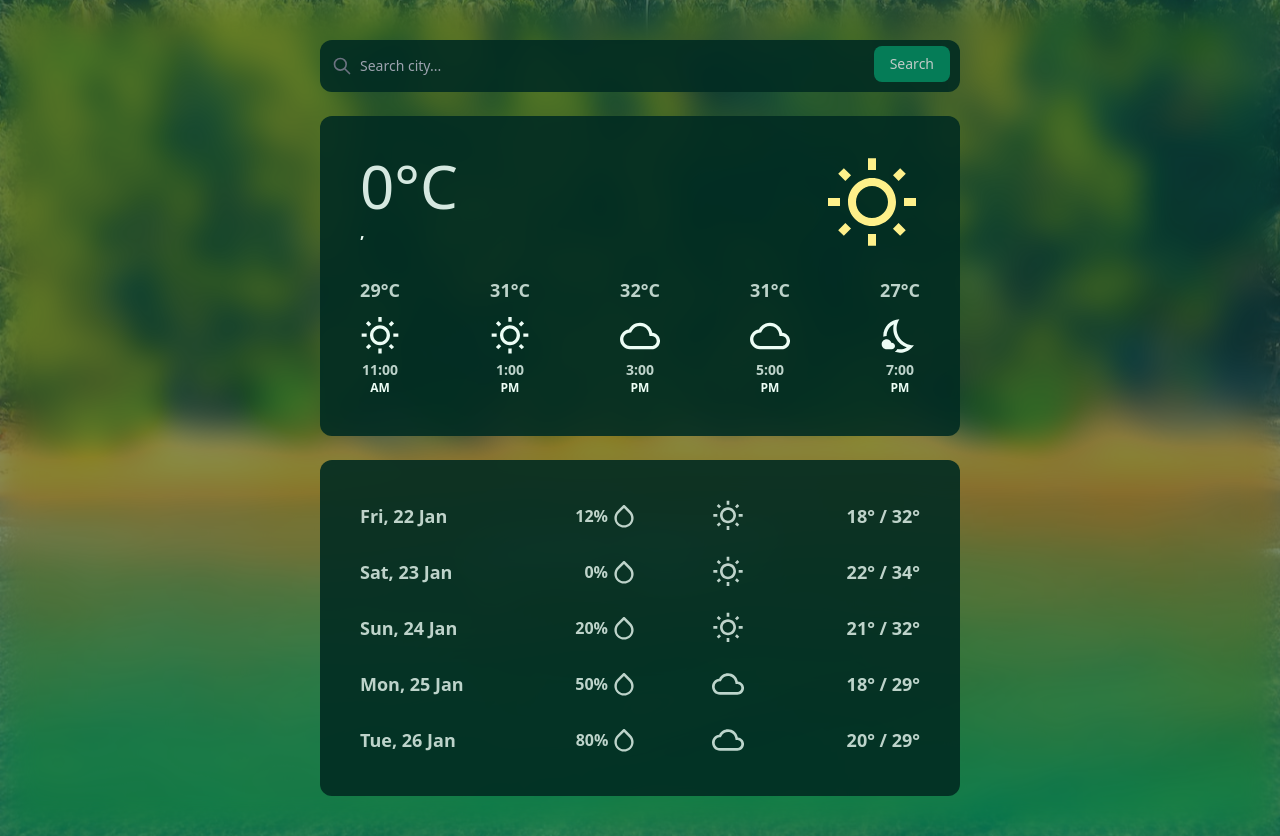
Repository: mikelCabezas/angular-exercices
Page: / (app in weather-app/)
The author's editor kept a copy of each file at every save. The page is drawn from the files as they stood at one save, then again after the next save.
The browser window is 1280 px wide. The pictures show the whole page.
The project was rebuilt for these pictures with package versions that can differ from the ones it lists, and the page was loaded fresh each time. Also part of the build but not shown: weather-app/angular.json.

Above is the page before, as saved 2023-09-18 19:19:14.

After the next save:
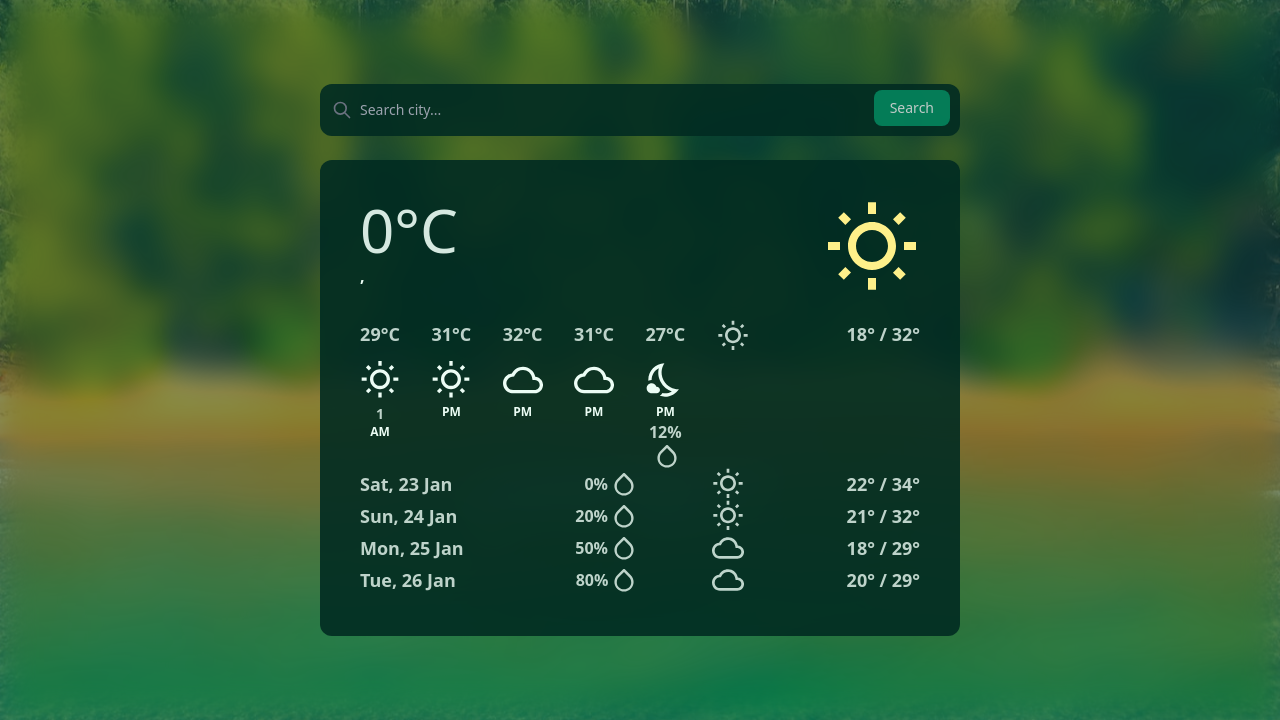
Saved 93 s later.
--- a/weather-app/src/app/components/dashboard/dashboard.component.html
+++ b/weather-app/src/app/components/dashboard/dashboard.component.html
@@ -69,7 +69,7 @@
                     <path d="M0 0h24v24H0V0z" fill="none"/>
                     <path d="M6.76 4.84l-1.8-1.79-1.41 1.41 1.79 1.79zM1 10.5h3v2H1zM11 .55h2V3.5h-2zm8.04 2.495l1.408 1.407-1.79 1.79-1.407-1.408zm-1.8 15.115l1.79 1.8 1.41-1.41-1.8-1.79zM20 10.5h3v2h-3zm-8-5c-3.31 0-6 2.69-6 6s2.69 6 6 6 6-2.69 6-6-2.69-6-6-6zm0 10c-2.21 0-4-1.79-4-4s1.79-4 4-4 4 1.79 4 4-1.79 4-4 4zm-1 4h2v2.95h-2zm-7.45-.96l1.41 1.41 1.79-1.8-1.41-1.41z"/>
                 </svg>
-                <span class="font-semibold mt-1 text-sm">11:00</span>
+                <span class="font-semibold mt-1 text-sm">1{{time1h}}</span>
                 <span class="text-xs font-semibold text-emerald-50">AM</span>
             </div>
             <div class="flex flex-col items-center">
@@ -84,7 +84,7 @@
                     <path d="M0 0h24v24H0V0z" fill="none"/>
                     <path d="M6.76 4.84l-1.8-1.79-1.41 1.41 1.79 1.79zM1 10.5h3v2H1zM11 .55h2V3.5h-2zm8.04 2.495l1.408 1.407-1.79 1.79-1.407-1.408zm-1.8 15.115l1.79 1.8 1.41-1.41-1.8-1.79zM20 10.5h3v2h-3zm-8-5c-3.31 0-6 2.69-6 6s2.69 6 6 6 6-2.69 6-6-2.69-6-6-6zm0 10c-2.21 0-4-1.79-4-4s1.79-4 4-4 4 1.79 4 4-1.79 4-4 4zm-1 4h2v2.95h-2zm-7.45-.96l1.41 1.41 1.79-1.8-1.41-1.41z"/>
                 </svg>
-                <span class="font-semibold mt-1 text-sm">1:00</span>
+                <span class="font-semibold mt-1 text-sm">{{time2h}}</span>
                 <span class="text-xs font-semibold text-emerald-50">PM</span>
             </div>
             <div class="flex flex-col items-center">
@@ -99,7 +99,7 @@
                     <path d="M0 0h24v24H0V0z" fill="none"/>
                     <path d="M12.01 6c2.61 0 4.89 1.86 5.4 4.43l.3 1.5 1.52.11c1.56.11 2.78 1.41 2.78 2.96 0 1.65-1.35 3-3 3h-13c-2.21 0-4-1.79-4-4 0-2.05 1.53-3.76 3.56-3.97l1.07-.11.5-.95C8.08 7.14 9.95 6 12.01 6m0-2C9.12 4 6.6 5.64 5.35 8.04 2.35 8.36.01 10.91.01 14c0 3.31 2.69 6 6 6h13c2.76 0 5-2.24 5-5 0-2.64-2.05-4.78-4.64-4.96C18.68 6.59 15.65 4 12.01 4z"/>
                 </svg>
-                <span class="font-semibold mt-1 text-sm">3:00</span>
+                <span class="font-semibold mt-1 text-sm">{{time3h}}</span>
                 <span class="text-xs font-semibold text-emerald-50">PM</span>
             </div>
             <div class="flex flex-col items-center">
@@ -114,7 +114,7 @@
                     <path d="M0 0h24v24H0V0z" fill="none"/>
                     <path d="M12.01 6c2.61 0 4.89 1.86 5.4 4.43l.3 1.5 1.52.11c1.56.11 2.78 1.41 2.78 2.96 0 1.65-1.35 3-3 3h-13c-2.21 0-4-1.79-4-4 0-2.05 1.53-3.76 3.56-3.97l1.07-.11.5-.95C8.08 7.14 9.95 6 12.01 6m0-2C9.12 4 6.6 5.64 5.35 8.04 2.35 8.36.01 10.91.01 14c0 3.31 2.69 6 6 6h13c2.76 0 5-2.24 5-5 0-2.64-2.05-4.78-4.64-4.96C18.68 6.59 15.65 4 12.01 4z"/>
                 </svg>
-                <span class="font-semibold mt-1 text-sm">5:00</span>
+                <span class="font-semibold mt-1 text-sm">{{time4h}}</span>
                 <span class="text-xs font-semibold text-emerald-50">PM</span>
             </div>
             <div class="flex flex-col items-center">
@@ -137,15 +137,9 @@
                         </g>
                     </g>
                 </svg>
-                <span class="font-semibold mt-1 text-sm">7:00</span>
-                <span class="text-xs font-semibold text-emerald-50">PM</span>
-            </div>
-        </div>
-    </div>
-    <div class="flex flex-col space-y-6 w-full max-w-screen-sm bg-emerald-950/90 p-10 mt-6 rounded-xl">
-        <div class="flex justify-between items-center">
-            <span class="font-semibold text-lg w-1/4">Fri, 22 Jan</span>
-            <div class="flex items-center justify-end w-1/4 pr-10">
+                <span class="font-semibold mt-1 text-sm">{{time5h}}</span>
+                <span class="text-xs font-semibold text-emerald-50">PM</span>
+
                 <span class="font-semibold">12%</span>
                 <svg
                     class="w-6 h-6 fill-current ml-1"

After the save that followed:
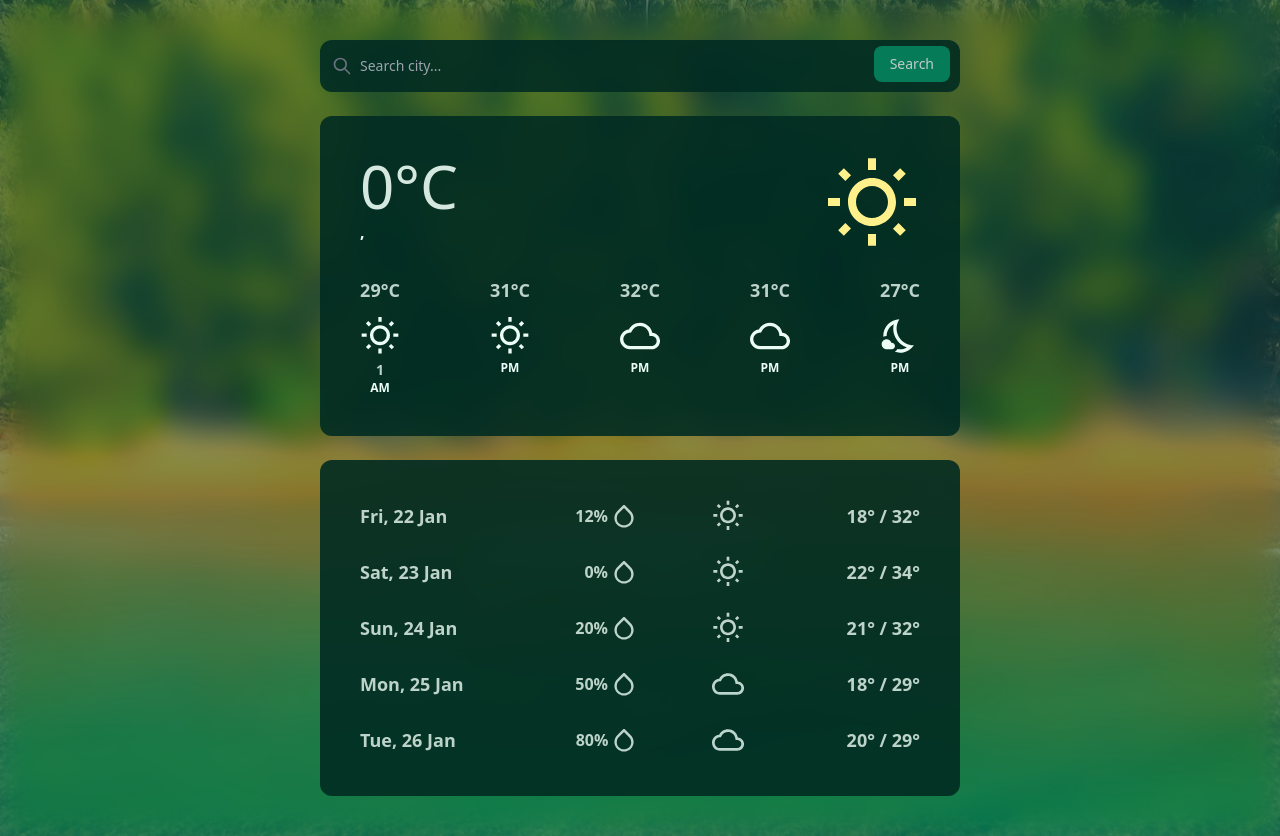
Saved 8 s later.
--- a/weather-app/src/app/components/dashboard/dashboard.component.html
+++ b/weather-app/src/app/components/dashboard/dashboard.component.html
@@ -139,7 +139,13 @@
                 </svg>
                 <span class="font-semibold mt-1 text-sm">{{time5h}}</span>
                 <span class="text-xs font-semibold text-emerald-50">PM</span>
-
+            </div>
+        </div>
+    </div>
+    <div class="flex flex-col space-y-6 w-full max-w-screen-sm bg-emerald-950/90 p-10 mt-6 rounded-xl">
+        <div class="flex justify-between items-center">
+            <span class="font-semibold text-lg w-1/4">Fri, 22 Jan</span>
+            <div class="flex items-center justify-end w-1/4 pr-10">
                 <span class="font-semibold">12%</span>
                 <svg
                     class="w-6 h-6 fill-current ml-1"
